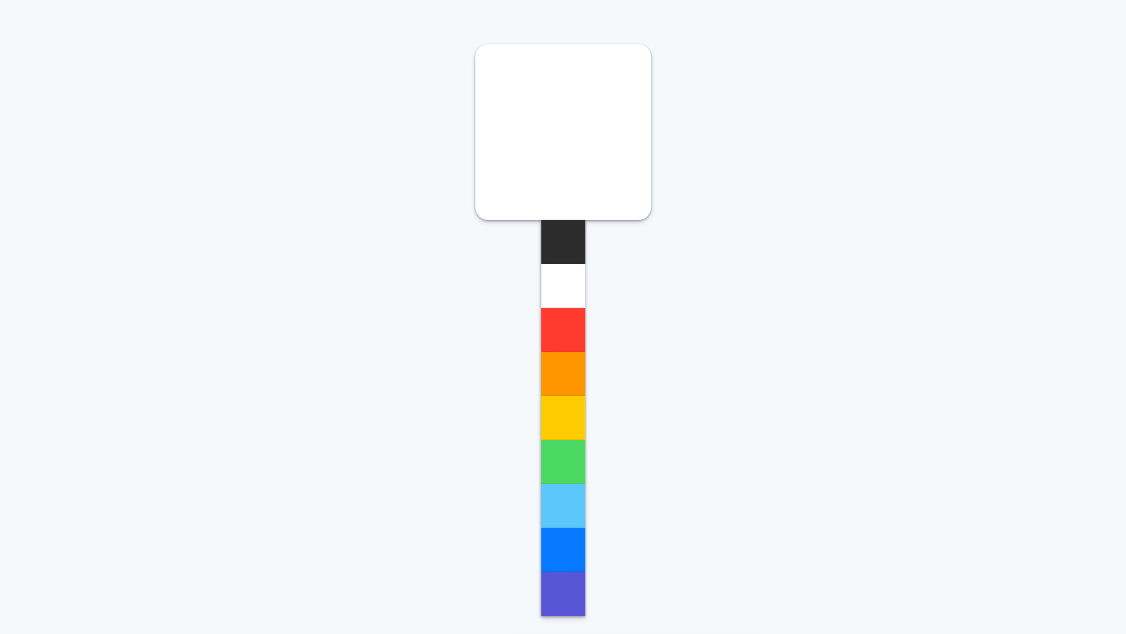
Repository: haleyjung/paintjs
Page: index.html
The author's editor kept a copy of each file at every save. The page is drawn from the files as they stood at one save, then again after the next save.
The browser window is 1280 px wide. The pictures show the whole page, at 88% of full size.

Above is the page before, as saved 2020-11-24 22:40:57.

After the next save:
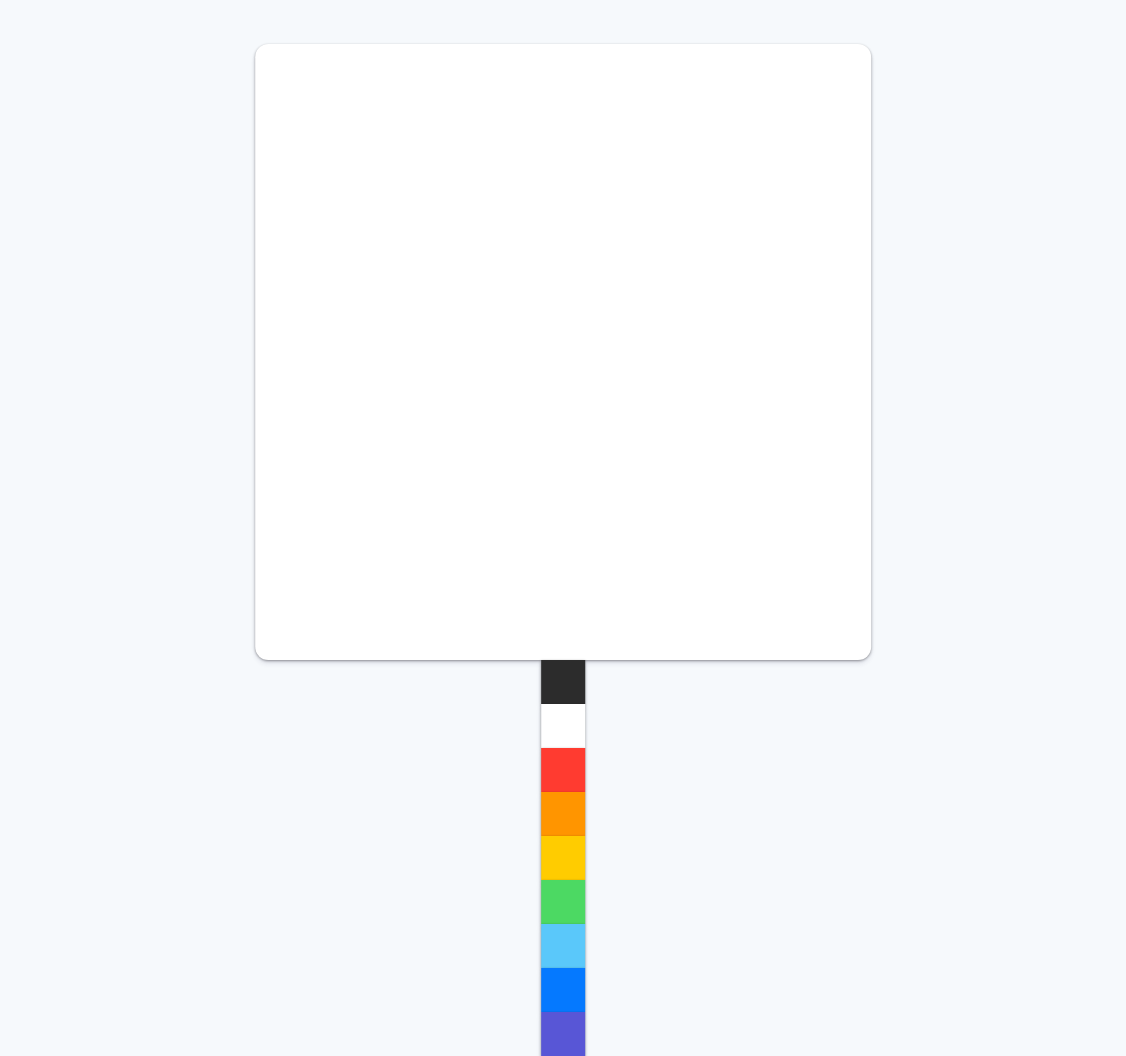
Saved 8 s later.
--- a/style.css
+++ b/style.css
@@ -11,8 +11,8 @@ body {
 }
 
 .canvas {
-  width: 200px;
-  height: 200px;
+  width: 700px;
+  height: 700px;
   background-color: white;
   border-radius: 15px;
   box-shadow: 0 4px 6px rgba(50, 50, 93, 0.11), 0 1px 3px rgba(0, 0, 0, 0.4);
